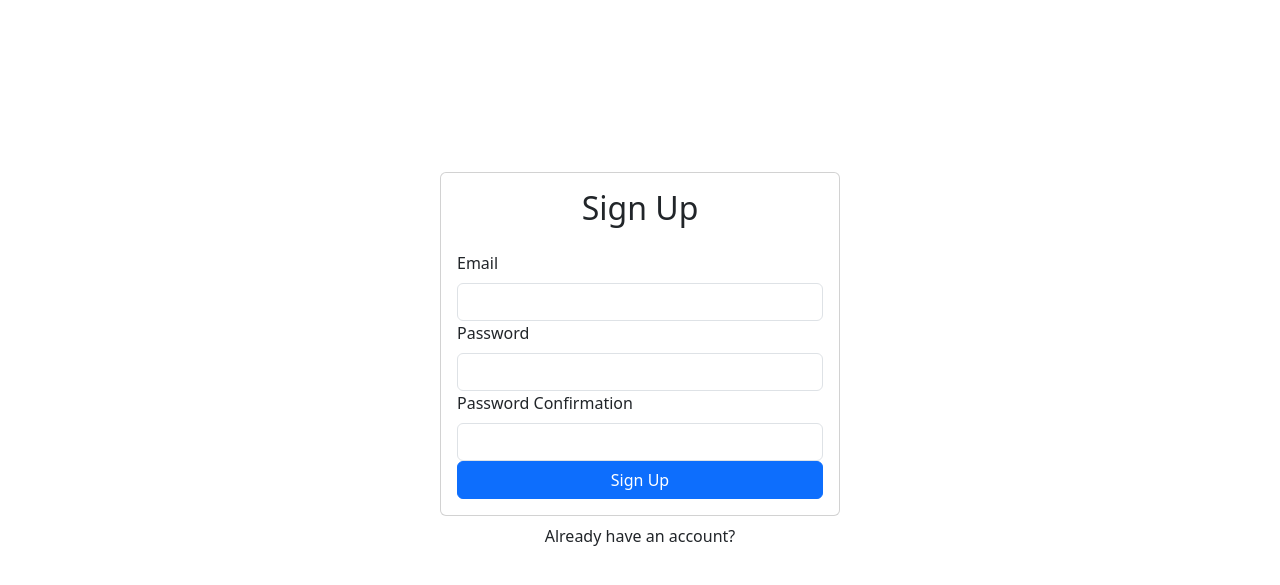
Repository: korybecker/sound-share-app
Page: /signup (app in sound-share/)
These files come from the project's save history. The page is drawn as it stood at one moment and after the next save; the edit follows.
The browser window is 1280 px wide. The pictures show the whole page.
The page's requests for data from a server got no answer. The project was rebuilt for these pictures with package versions that can differ from the ones it lists, and the page was loaded fresh each time. No one was signed in, and anything a server would have sent is missing. Also part of the build but not shown: sound-share/src/components/Dashboard.js.

Above is the page before, as saved 2022-04-04 22:37:10.

### sound-share/src/index.js
import React from "react";
import ReactDOMClient from "react-dom/client";
import App from "./components/App";
import "bootstrap/dist/css/bootstrap.min.css";

const container = document.getElementById("root");

const root = ReactDOMClient.createRoot(container);

root.render(
  <React.StrictMode>
    <App />
  </React.StrictMode>
);

### sound-share/src/components/App.js
import { BrowserRouter as Router, Routes, Route } from "react-router-dom";
import Signup from "./Signup";
import { Container } from "react-bootstrap";
import { AuthProvider } from "../contexts/AuthContext";

import Dashboard from "./Dashboard";

function App() {
  return (
    <>
      <Container
        className="d-flex align-items-center justify-content-center"
        style={{ minHeight: "100vh" }}
      >
        <div className="w-100" style={{ maxWidth: "400px" }}>
          <Router>
            <AuthProvider>
              <Routes>
                <Route exact path="/" element={<Dashboard />} />
                <Route path="signup" element={<Signup />} />
              </Routes>
            </AuthProvider>
          </Router>
        </div>
      </Container>
    </>
  );
}

export default App;

### sound-share/src/components/Signup.js
import { Form, Button, Card } from "react-bootstrap";
import { Link } from "react-router-dom";
import { useRef } from "react";
import { useAuth } from "../contexts/AuthContext";

const Signup = () => {
  const emailRef = useRef();
  const passwordRef = useRef();
  const passwordConfirmRef = useRef();
  const { signup } = useAuth();

  const handleSubmit = (e) => {
    e.preventDefault();
    signup(emailRef.current.value, passwordRef.current.value);
  };

  return (
    <>
      <Card>
        <Card.Body>
          <h2 className="text-center mb-4">Sign Up</h2>
          <Form>
            <Form.Group id="email">
              <Form.Label>Email</Form.Label>
              <Form.Control type="email" ref={emailRef} required />
            </Form.Group>
            <Form.Group id="password">
              <Form.Label>Password</Form.Label>
              <Form.Control type="password" ref={passwordRef} required />
            </Form.Group>
            <Form.Group id="password-confirm">
              <Form.Label>Password Confirmation</Form.Label>
              <Form.Control type="password" ref={passwordConfirmRef} required />
            </Form.Group>
            <Button className="w-100" type="submit">
              Sign Up
            </Button>
          </Form>
        </Card.Body>
      </Card>
      <div className="w-100 text-center mt-2">Already have an account?</div>
    </>
  );
};

export default Signup;

### sound-share/src/contexts/AuthContext.js
import { createContext, useContext, useEffect, useState } from "react";
import { auth } from "../firebase-config";

import {
  signOut,
  createUserWithEmailAndPassword,
  signInWithEmailAndPassword,
  updateEmail,
  updatePassword,
  sendPasswordResetEmail,
} from "firebase/auth";

const AuthContext = createContext();

export const useAuth = () => {
  return useContext(AuthContext);
};

export const AuthProvider = ({ children }) => {
  const [currentUser, setCurrentUser] = useState();

  const signup = (email, password) => {
    return createUserWithEmailAndPassword(auth, email, password);
  };

  useEffect(() => {
    const unsubscribe = auth.onAuthStateChanged((user) => {
      setCurrentUser(user);
    });
    return unsubscribe;
  }, []);

  const value = {
    currentUser,
    signup,
  };

  return <AuthContext.Provider value={value}>{children}</AuthContext.Provider>;
};

### sound-share/src/firebase-config.js
import { initializeApp } from "firebase/app";
import { getAuth } from "firebase/auth";
import { getFirestore } from "@firebase/firestore";
import { getStorage } from "firebase/storage";

const app = initializeApp({
  apiKey: "AIzaSyDxkJcAL3x-DsEyeRUHWrm95_AL2QqTqkA",
  authDomain: process.env.REACT_APP_AUTH_DOMAIN,
  projectId: process.env.REACT_APP_PROJECT_ID,
  storageBucket: process.env.REACT_APP_STORAGE_BUCKET,
  messagingSenderId: process.env.REACT_APP_MESSAGING_SENDER_ID,
  appId: process.env.REACT_APP_APP_ID,
  measurementId: process.env.REACT_APP_MEASUREMENT_ID,
});

export const auth = getAuth(app);
export const storage = getStorage(app);
export const db = getFirestore(app);

export default app;

Loaded but not shown: sound-share/public/index.html (common file)

After the next save:
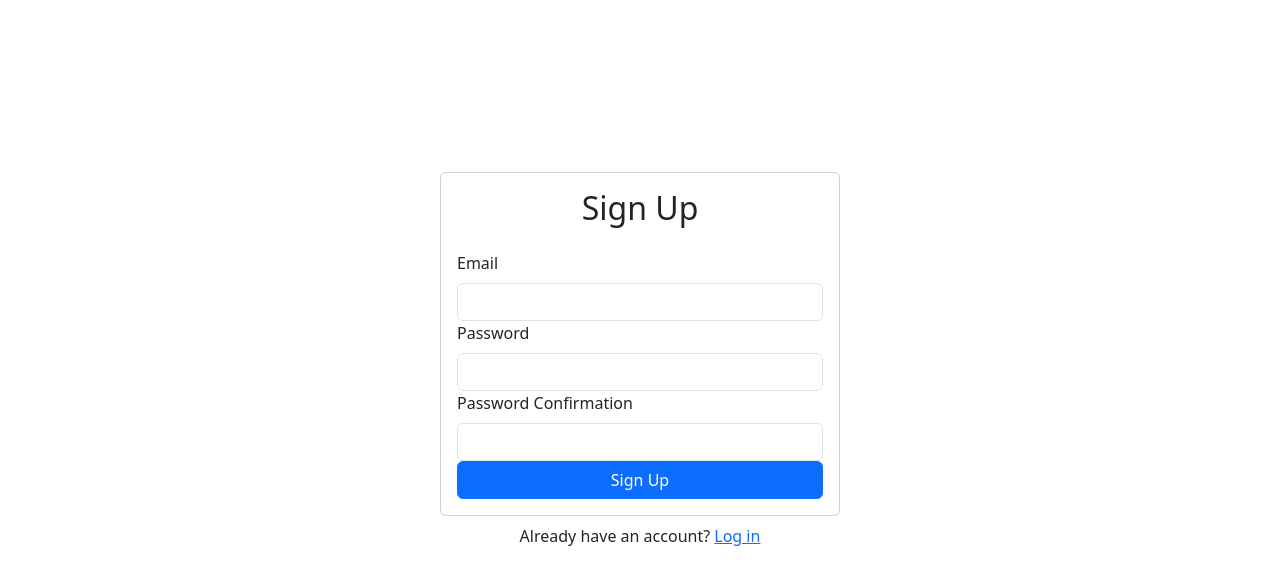
Saved 37 s later.
--- a/sound-share/src/components/Signup.js
+++ b/sound-share/src/components/Signup.js
@@ -38,7 +38,9 @@ const Signup = () => {
           </Form>
         </Card.Body>
       </Card>
-      <div className="w-100 text-center mt-2">Already have an account?</div>
+      <div className="w-100 text-center mt-2">
+        Already have an account? <Link to="/login">Log in</Link>
+      </div>
     </>
   );
 };
